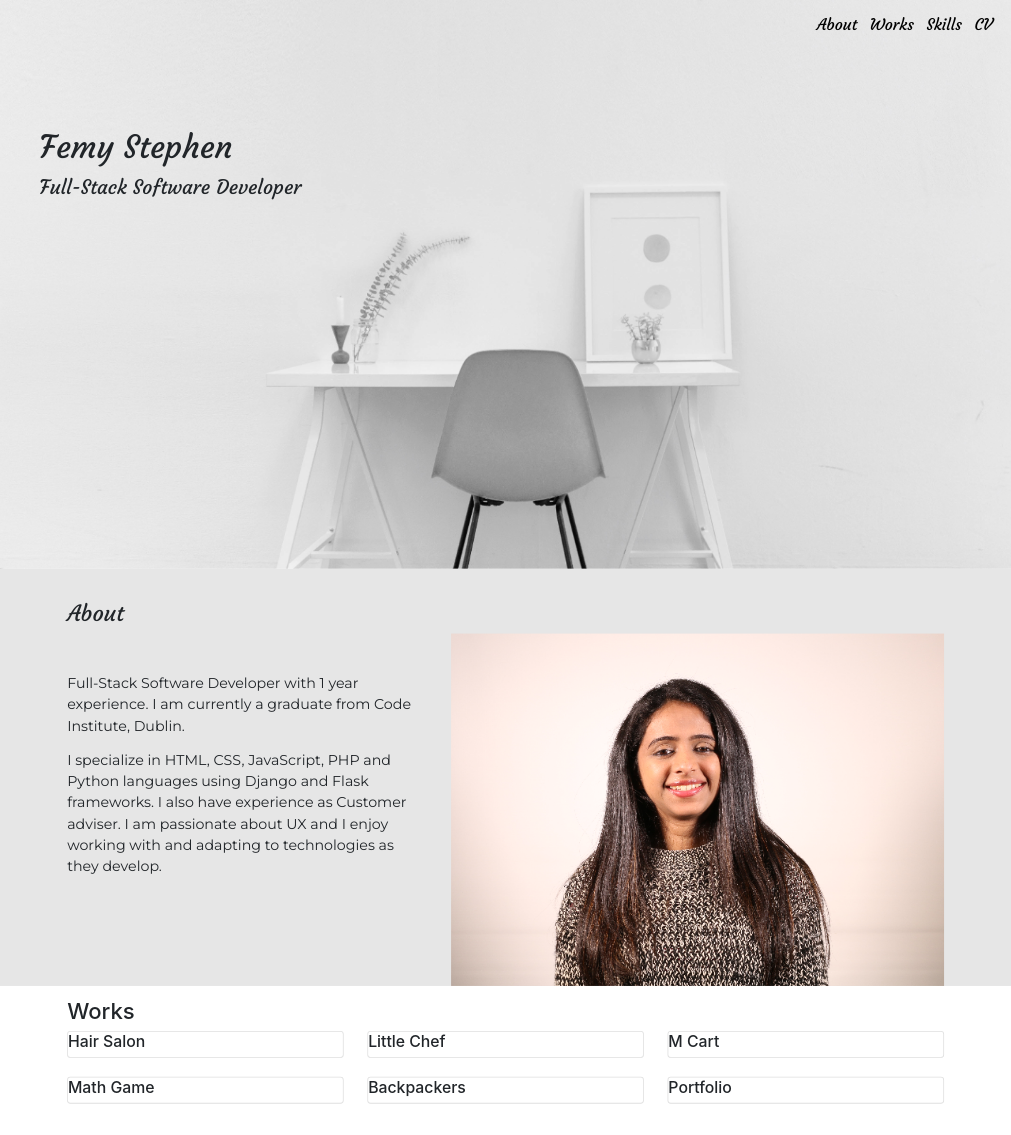
Repository: femy16/FemyStephen
Page: index.html
The author's editor kept a record of every edit. The page is drawn from the files as they stood at one moment, then again after the next edit.
The browser window is 1280 px wide. The pictures show the whole page, at 79% of full size.
Backgrounds fixed to the window are drawn as part of the page. Some web libraries are served in a nearby version.

Above is the page before.
Not found: hover.css

After the next edit:
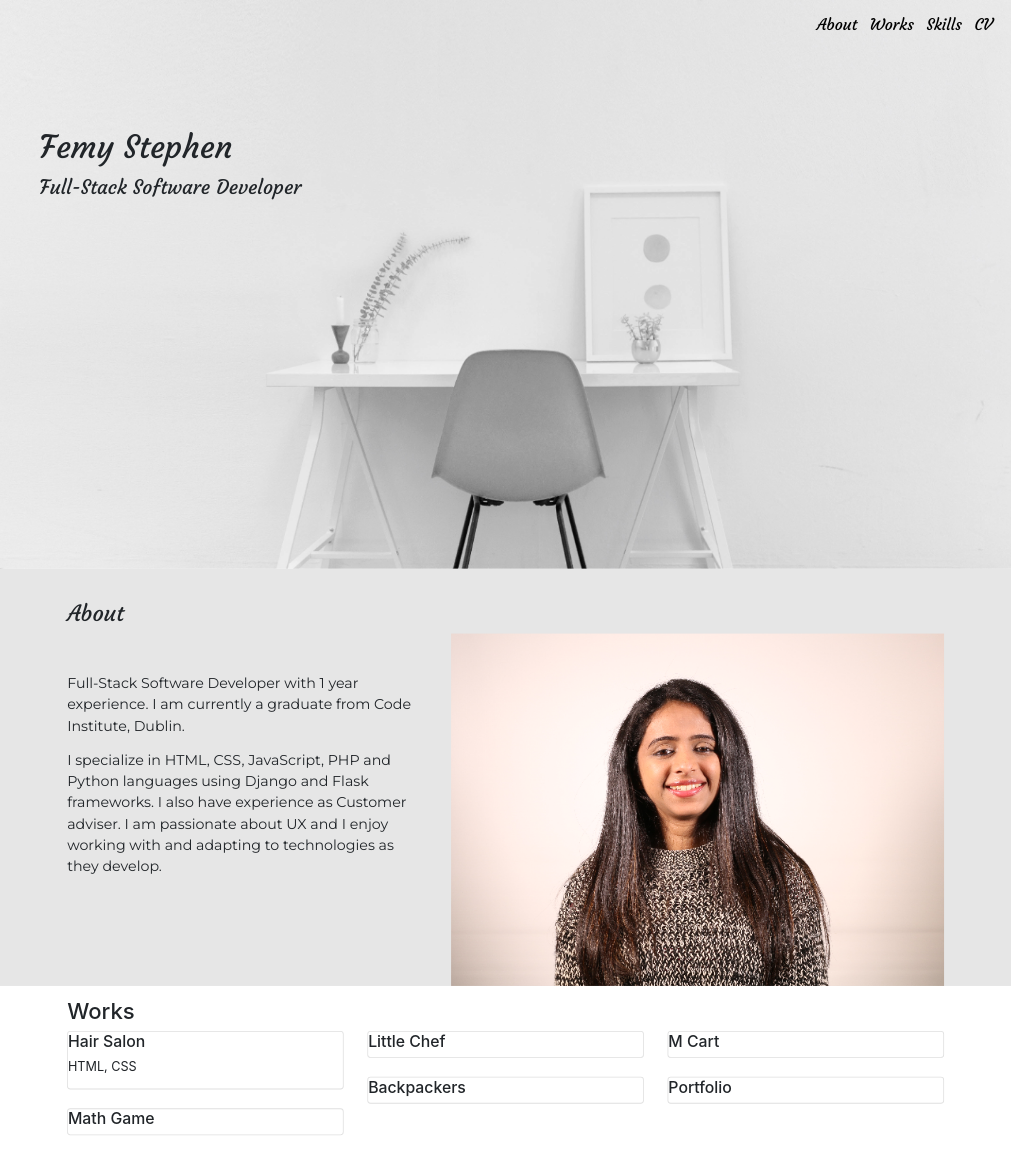
The edit:
--- a/index.html
+++ b/index.html
@@ -77,6 +77,7 @@
                         <div class="col workbox">
                             <div class="card">
                                 <h5>Hair Salon</h5>
+                                <p>HTML, CSS</p>
                                 </div><br />
                                 <div class="card">
                                     <h5>Math Game</h5>
